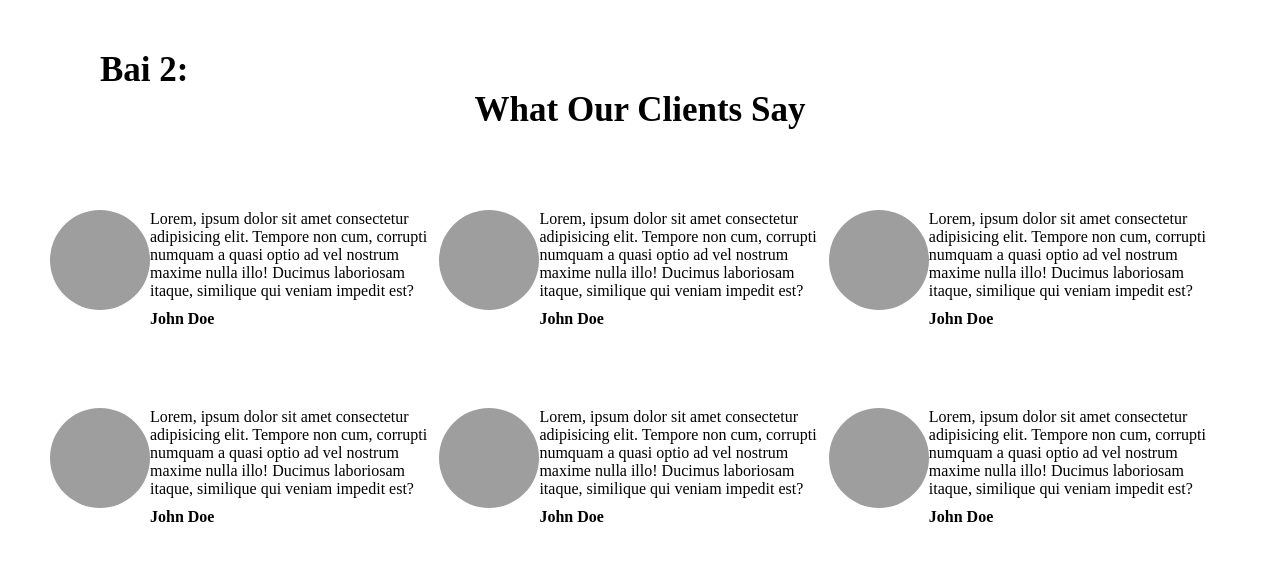
Repository: truongtn04/f8-fullstack-k5
Page: day03/ex02.html
These files come from the project's save history. The page is drawn as it stood at one moment and after a run of saves; the edit follows.
The browser window is 1280 px wide. The pictures show the whole page.
Pictures or frames that could not be fetched are drawn as grey boxes.

Above is the page before, as saved 2023-11-27 10:49:39.

After the next 2 saves:
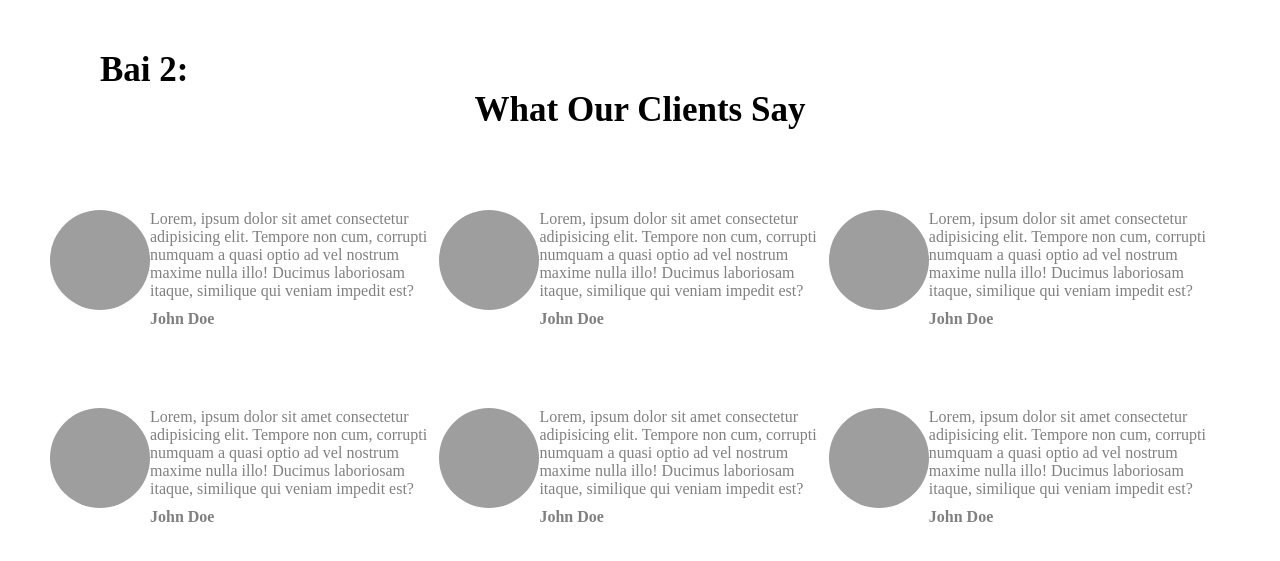
The 2 saves are shown as one change because they came seconds apart.
The last was saved 42 s later.
--- a/day03/css/ex02.css
+++ b/day03/css/ex02.css
@@ -32,6 +32,9 @@
     height:100px;
     border-radius: 50%;
 }
+.box-item__content{
+    color: grey;
+}
 .box-item__content b{
     font-size: 16px;
     margin-left: initial;
